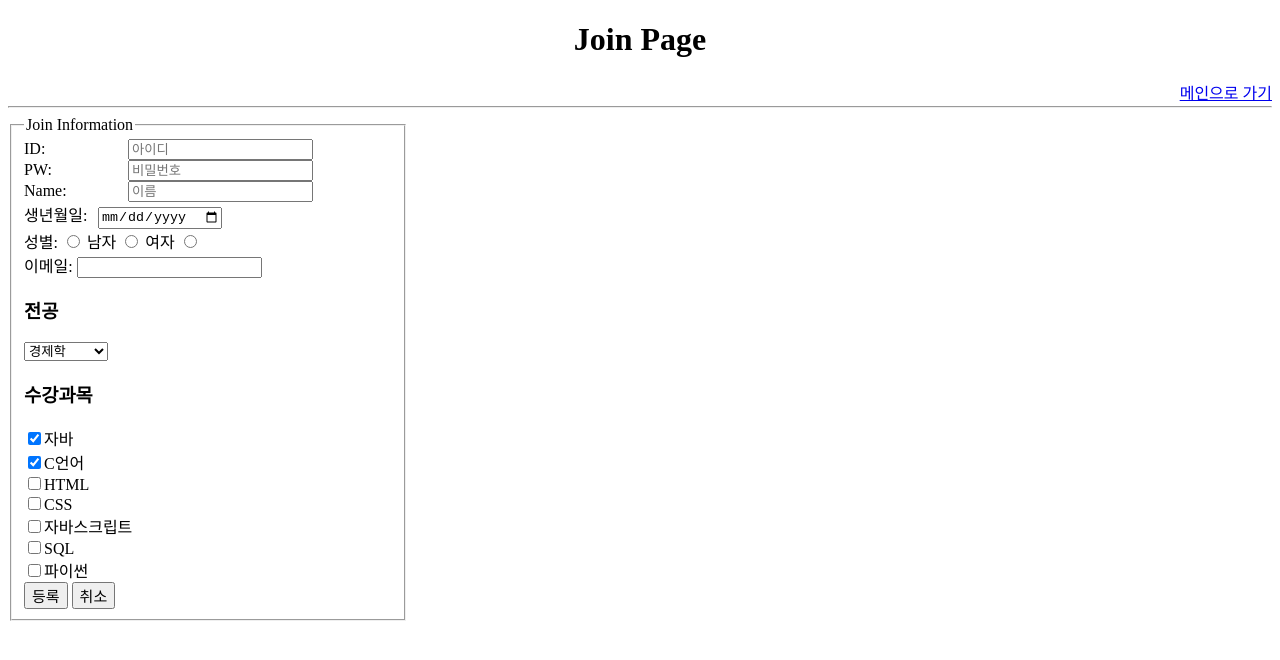
Repository: ByeonYJ/CSSTest
Page: GMSUI/WebContent/member/join.html
The author's editor kept a copy of each file at every save. The page is drawn from the files as they stood at one save, then again after the next save.
The browser window is 1280 px wide. The pictures show the whole page.

Above is the page before, as saved 2017-07-20 07:06:17.

### GMSUI/WebContent/member/join.html
<!DOCTYPE html>
<html>
<head>
<meta charset="UTF-8">
<title>Member Join </title>
<link rel="stylesheet" href="..css/member.css" />
</head>
<body>
<div id="wrapper">
<h1 id="title">Join Page</h1>
<a id="go_main" href="..index.html">메인으로 가기</a><br/>
<hr/>
<div id="container" class="margin-auto" style="width: 400px">
	<form id="join_form "action="">
		<fieldset>
		<legend>Join Information</legend>
			<span style="width: 100px; display: inline-block;">ID: </span>
			<input name="id" type="text" placeholder="아이디" /><br />
			<span style="width: 100px; display: inline-block;">PW: </span>
			<input name="password" type="password" placeholder="비밀번호"/><br />
			<span style="width: 100px; display: inline-block;">Name: </span>
			<input name="name" type="text" placeholder="이름"/><br />
			<span style="width: 70px; display: inline-block;">생년월일: </span>
			<input name="birthday" type="date" placeholder="생년월일"/><br />
			성별: <input type="radio" name="gender" value="male"/> 남자
			<input type="radio" name="gender" value="female"/> 여자
			<input type="radio" name="gender" value="female"/>
			<br />
			이메일: <input type="email" name="email"/>
			<h3>전공</h3>
			<select name=major"" id="">
				<option value="computer" >컴퓨터공학</option>
				<option value="economics" selected="selected">경제학</option>
				<option value="tourism">관광학</option>
				<option value="art">미술학</option>
			</select><br />
			<h3>수강과목</h3>
			<input type="checkbox" name="subject" value="java" checked/>자바<br />
			<input type="checkbox" name="subject" value="c" checked/>C언어<br />
			<input type="checkbox" name="subject" value="html"/>HTML<br />
			<input type="checkbox" name="subject" value="css"/>CSS<br />
			<input type="checkbox" name="subject" value="javascript"/>자바스크립트<br />
			<input type="checkbox" name="subject" value="sql"/>SQL<br />
			<input type="checkbox" name="subject" value="python"/>파이썬<br />
			<input type="submit" value="등록" class="bgcolor-blue" style=font-size:15px; width: 280px;/>
			<input type="reset" value="취소" class="bgcolor-red" style=font-size:15px; width: 280px;"/>
		</fieldset>
	</form>
	</div>
</div>
</div>
</body>
</html>

### GMSUI/WebContent/css/member.css
@CHARSET "UTF-8";
@IMPORT "common.css";
#index-tab{width: 75%;margin:0 auto;}
#index-tab-tr>td{width: 75%;margin:0 auto;width:30%;text-align: center;border: 1px solid black;}
.index-ul{width: 200px}
.index-ul>li{border: 1px solid black;}

### GMSUI/WebContent/css/common.css
@CHARSET "UTF-8";
table{border-collapse: collapse;}
#wrapper{width: 100%}
#go_main{float:right}
#title{text-align: center;}
#container{}
.gms-text-center{text-align: center;}
.gms-border-black{border:1px solid black;}
.gms-width-100pro{width:100%;}
.gms-width-30pro{width:30%;}
.gms-text-deco-none{text-decoration: none;}
.gms-margin-auto{margin:0 auto;}
.gms-list-none{list-style-type:none;}
.gms-inline-block{display:inline-block}
.gms-fload-right{float:right}
.gms-bgcolor-blue{background-color:blue;}
.gms-bgcolor-red{background-color:red;}
.gms-border-black{border: 1px solid black;}
.gms-textcolor-white{color:white}
.gms-textcolor-blue{color:blue}

After the next save:
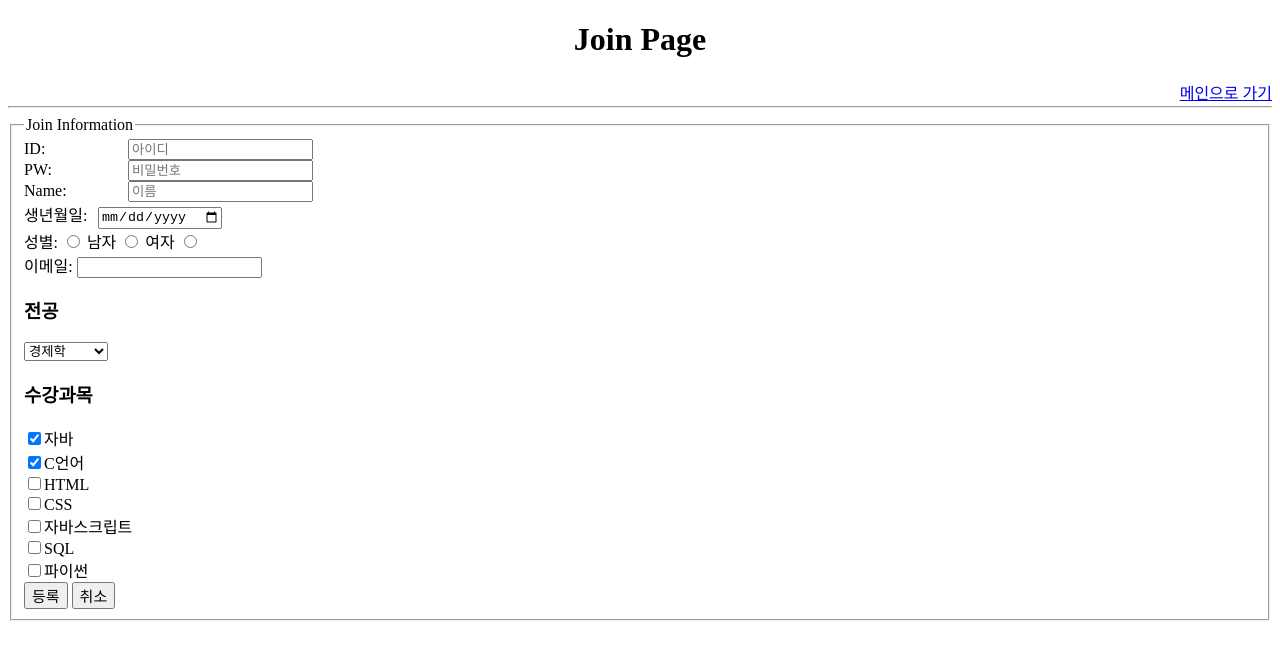
Saved 3 s later.
--- a/GMSUI/WebContent/member/join.html
+++ b/GMSUI/WebContent/member/join.html
@@ -10,7 +10,7 @@
 <h1 id="title">Join Page</h1>
 <a id="go_main" href="..index.html">메인으로 가기</a><br/>
 <hr/>
-<div id="container" class="margin-auto" style="width: 400px">
+<div id="container">
 	<form id="join_form "action="">
 		<fieldset>
 		<legend>Join Information</legend>
